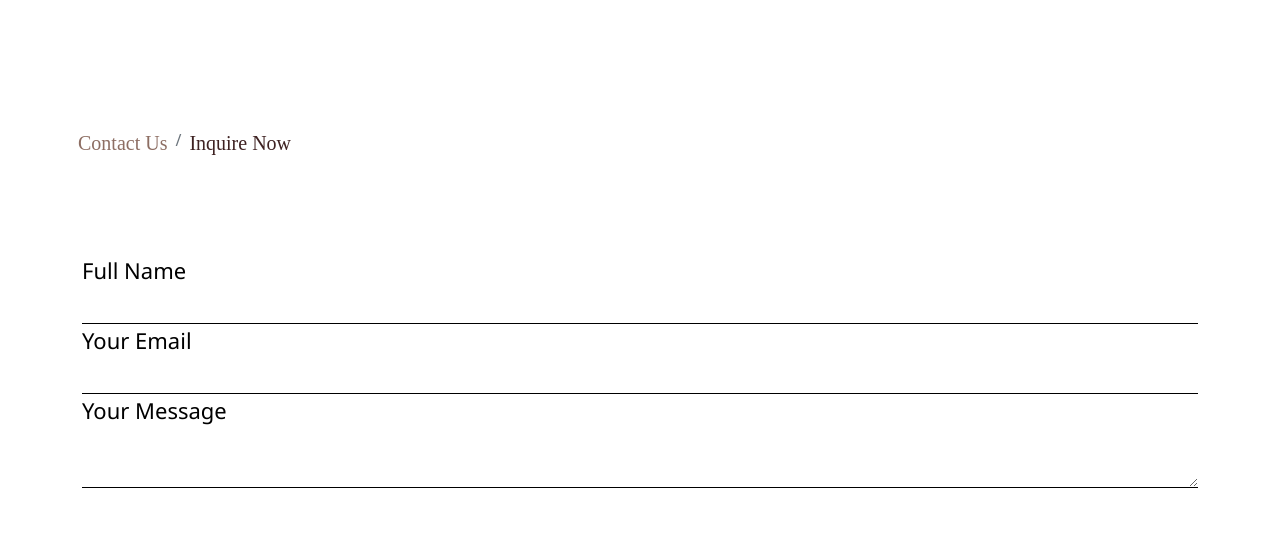
Repository: kaushalyaweerakoon/Plantation-Villa
Page: contact-us.html
An editor plug-in stored every save of this project. The page is shown before and after the next save, followed by the edit.
The browser window is 1280 px wide. The pictures show the part of the page from y = 1313 to 1897 px (the page is 1849 px tall before and 1897 px after).
Some web fonts or font styles are not loaded; a fallback is used.

Above is the page before, as saved 2022-08-15 15:40:48.
Not found: assets/js/main.js

After the next save:
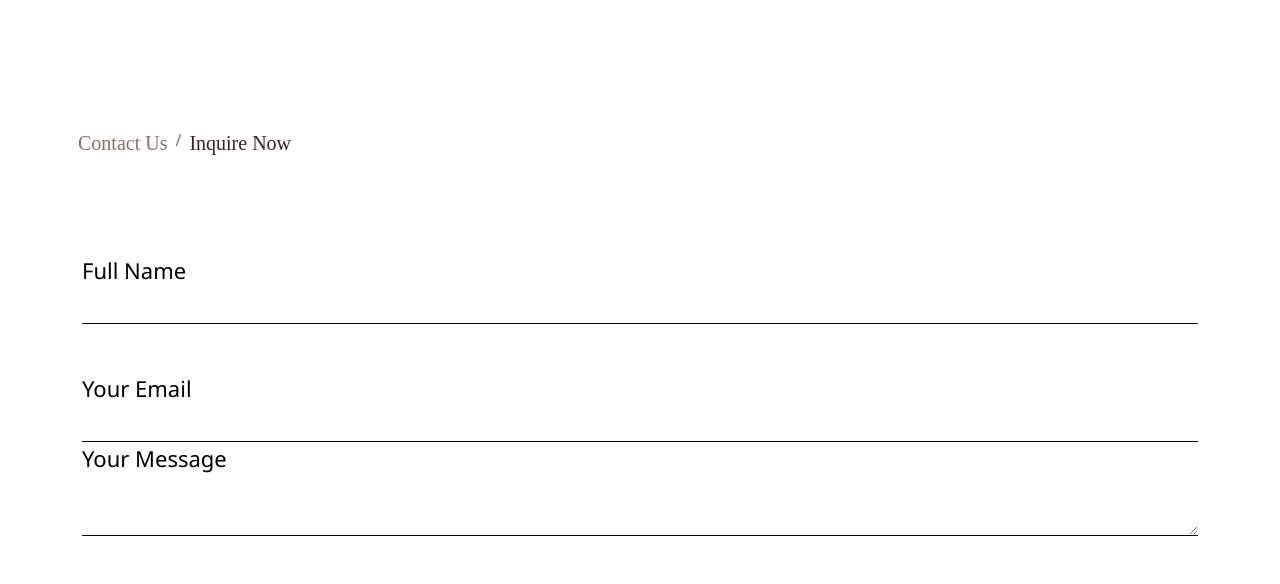
Saved 2 min 6 s later.
--- a/contact-us.html
+++ b/contact-us.html
@@ -127,7 +127,7 @@
                         </div>
                         <div class="">
                             <div class="d-flex justify-content-between align-items-center">
-                                <label for="emailaddress" class="text">Your Email </label>
+                                <label for="emailaddress" class="mt-5 text">Your Email </label>
                             </div>
                             <input type="email" class="form-control" id="emailaddress" aria-describedby="emailHelp">
                         </div>
